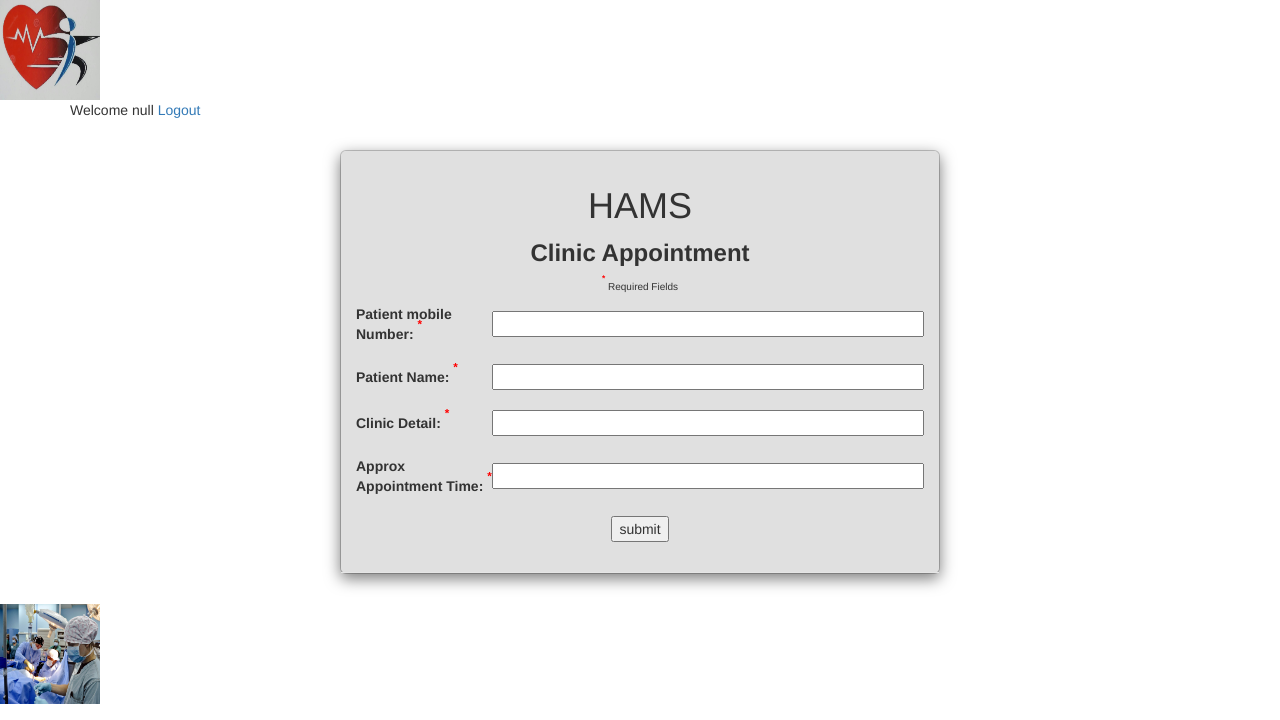
Repository: shiveshk/PullData
Page: http://localhost/Hams/appointment.jsp
The author's editor kept a copy of each file at every save. The page is drawn from the files as they stood at one save, then again after the next save.
The browser window is 1280 px wide. The pictures show the whole page.
The page is served by Tomcat 9. Nobody is signed in. The application's start-up code is not run. Other server files are loaded and not shown.

Above is the page before, as saved 2015-11-06 12:52:29.
Console error (its wording comes from the project's code and is left out).

### Hams/WebContent/appointment.jsp
<?xml version="1.0" encoding="ISO-8859-1" ?>

<%@ page language="java" contentType="text/html; charset=ISO-8859-1" pageEncoding="ISO-8859-1"%>
<!DOCTYPE html PUBLIC "-//W3C//DTD XHTML 1.0 Transitional//EN" "http://www.w3.org/TR/xhtml1/DTD/xhtml1-transitional.dtd">
<html xmlns="http://www.w3.org/1999/xhtml">
<head>
  <link rel="stylesheet" href="http://maxcdn.bootstrapcdn.com/bootstrap/3.3.5/css/bootstrap.min.css">
  <script src="http://maxcdn.bootstrapcdn.com/bootstrap/3.3.5/js/bootstrap.min.js"></script>
  <script src="validation.js"></script>

<link rel="stylesheet" type="text/css" href="hams.css">

<meta http-equiv="Content-Type" content="text/html; charset=ISO-8859-1" />

<title>Patient Appointment</title>


</head>



<img src = "images/HAMSLogo.jpg" alt="hamslogo" id="img1"/>

<div class="container" >
<% String username = (String)request.getSession().getAttribute("name");
out.println("Welcome "+username);
%>

<a href="LogoutServlet">Logout</a>

<center>
<div id="login-overlay" class="modal-dialog" >
     <div class="modal-content" >
          <div class="modal-header" >
<h1>HAMS</h1>


	<p><b><font size=5>Clinic Appointment</font></b></p>
	<p><font size=1><b><sup>*</sup></b> Required Fields</font></p>



<form name="myForm" action="PatientAppointmentServlet" method="post"  onsubmit="return validate()" >
 	<div class="form-group">
<table >
 <tbody>

 	 <tr class="row1">
	 	 <td><b>Patient mobile Number: <sup>*</sup></b> </td>
	 	 <td><input type="text" id="patient_mobile_number" name="patient_mobile_number"  size=50 maxlength=20 /></td>
	 </tr>

	 <tr class="row2">
	 	 <td><b>Patient Name: <sup>*</sup></b> </td>
	 	 <td><input type="text" id="patient_name" name="patient_name"  size=50 maxlength=500 /></td>
	 </tr>


	 <tr class="row3">
	 	<td><b>Clinic Detail: <sup>*</sup></b> </td>
	 	<td><input type="text" id="clinic_detail" name="clinic_detail"  size=50 maxlength=500 /></td>
	 </tr>


	 <tr class="row4">
	 	<td><b>Approx Appointment Time: <sup>*</sup></b> </td>
	 	<td><input type="text" id="time" name="time"  size=50 maxlength=500 /></td>
	 </tr>

 </tbody>

</table>
	<br /><input type="submit" name="submit" value="submit" />
	</div>
</form>
		</div>
	</div>
</div>

</center>
</div>
<footer>
<img src = "images/hams1.jpg" alt="doctor" id="img2"/>
</footer>

</body>
</html>

### Hams/WebContent/validation.js
function validate()
{
   var w=document.forms["myForm"]["patient_name"].value;
   var x=document.forms["myForm"]["clinic_detail"].value;
   //var y=document.forms["myForm"]["token_no"].value;
   var z=document.forms["myForm"]["time"].value;
   if (w.trim().length<=0) // check length of your name field
   {
      alert("Patient Name must be filled out");
      return false;
   }
   if (x.trim().length<=0) // check length of your name field
   {
      alert("clinic detail must be filled out");
      return false;
   }
   if (z.trim().length<=0) // check length of your name field
   {
      alert("Appointment time Name must be filled out");
      return false;
   }

}

### Hams/WebContent/hams.css
@CHARSET "ISO-8859-1";
<style>

 p {
  white-space: pre;
 }
sup {
    vertical-align: super;
    font-size: smaller;
    color : red;
}

#img1 {
	align: center;
	margin: auto;
	bottom: 100px;
    height: 100px;
    width: 100px;
}

#img2 {
	align: center;
	margin: auto;
	bottom: 100px;
    height: 100px;
    width: 100px;
}


tr.row2 td {
    padding-top: 20px;
}

tr.row3 td {
    padding-top: 20px;
}

tr.row4 td {
    padding-top: 20px;
}


.modal-content {
    background-color: #E0E0E0 ;
}
</style>

After the next save:
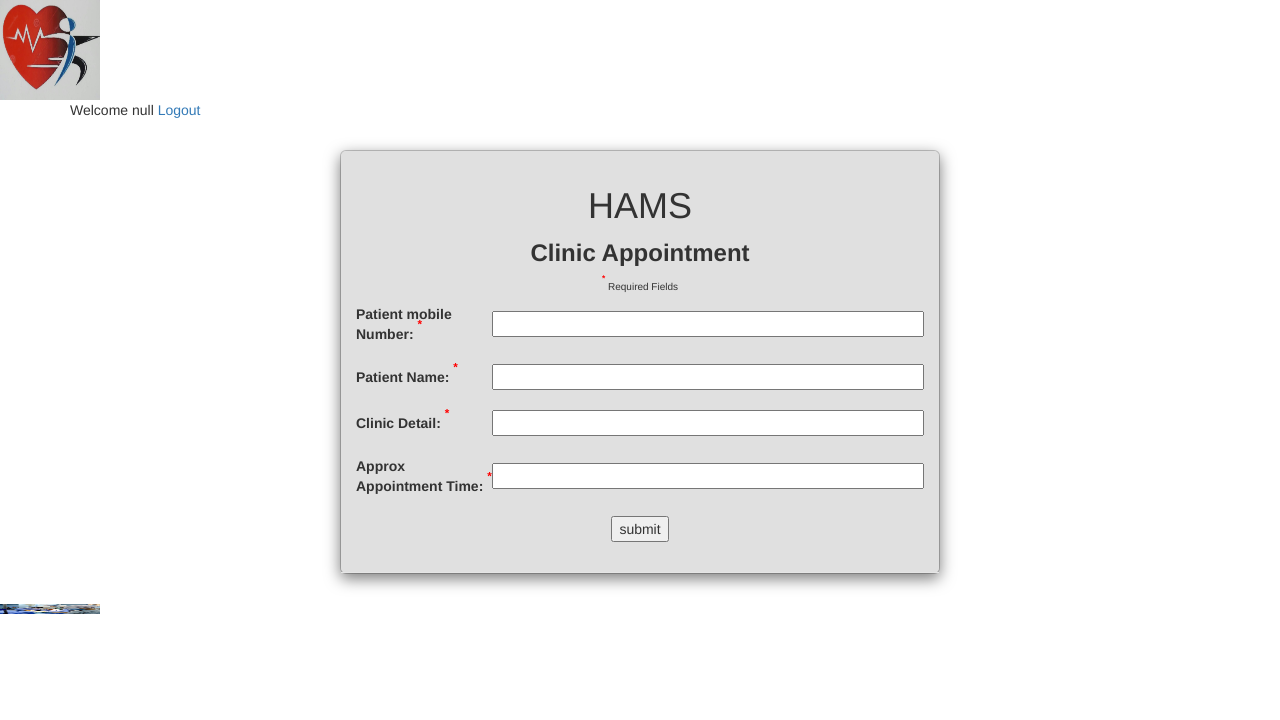
Saved 17 s later.
--- a/Hams/WebContent/hams.css
+++ b/Hams/WebContent/hams.css
@@ -22,7 +22,7 @@ sup {
 	align: center;
 	margin: auto;
 	bottom: 100px;
-    height: 100px;
+    height: 10px;
     width: 100px;
 }
 
